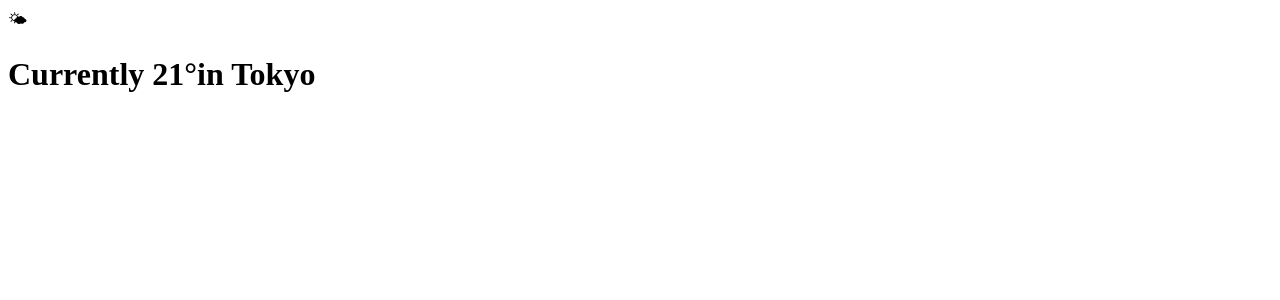
Repository: onalennaleso/empty
Page: homework.html
An editor plug-in stored every save of this project. The page is shown before and after the next save, followed by the edit.
The browser window is 1280 px wide. The pictures show the whole page.

Above is the page before, as saved 2024-02-02 00:42:58.

After the next save:
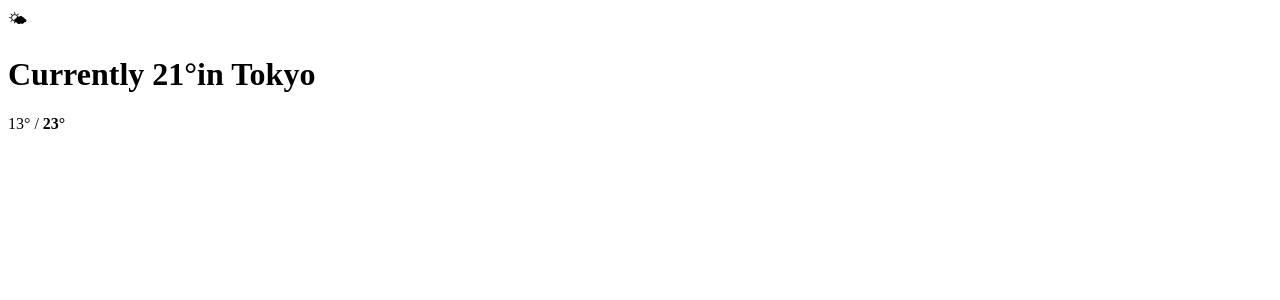
Saved 2 min 53 s later.
--- a/homework.html
+++ b/homework.html
@@ -12,6 +12,7 @@
     <h1>
         Currently 21&deg;in Tokyo
     </h1>
+    <p> 13&deg; / <strong> 23&deg; </strong></p>
 </body>
 
 </html>
